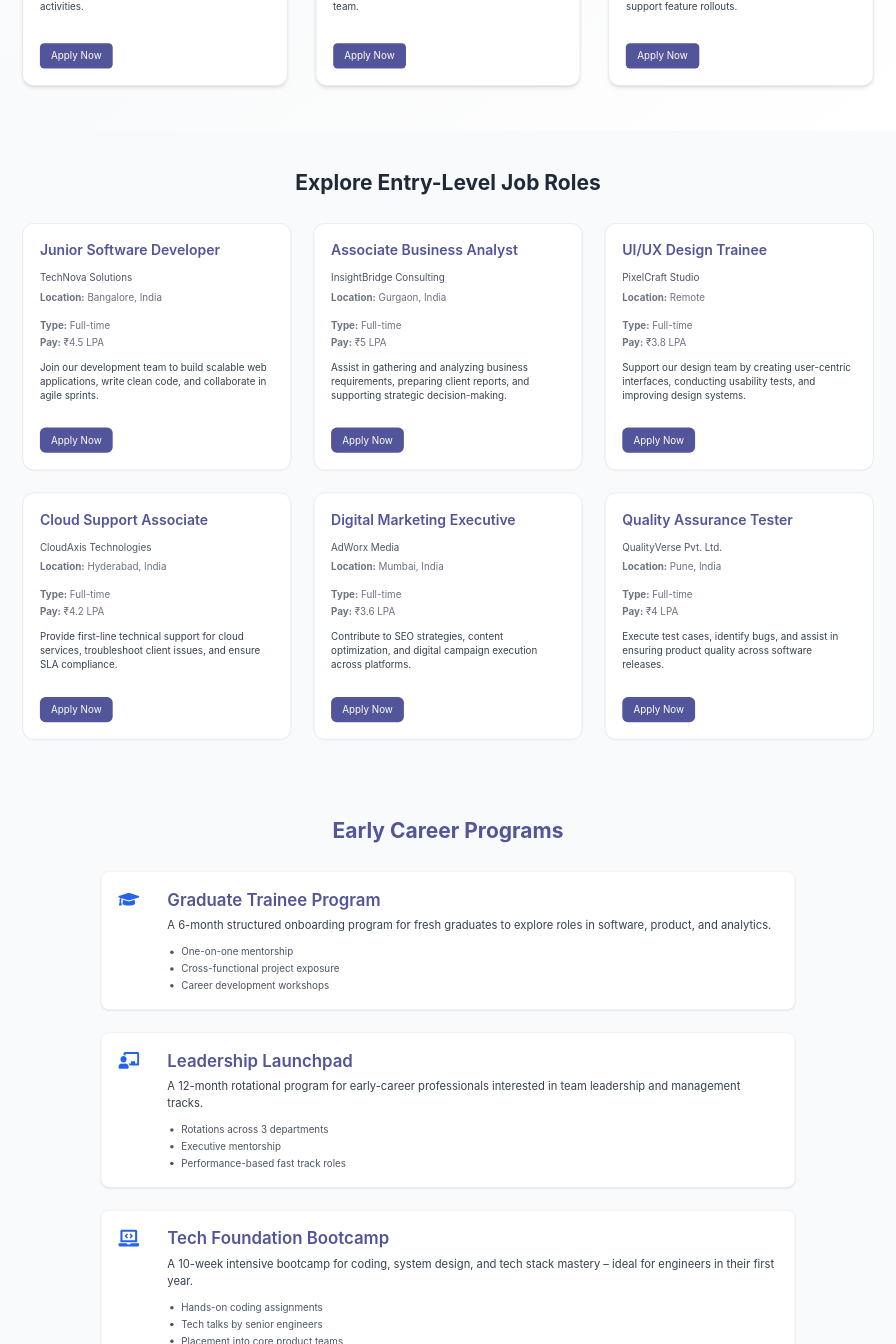
Repository: Siddharthkothiyal/GharPadhaaroCareerWebsite
Page: /#/students
The author's editor kept a copy of each file at every save. The page is drawn from the files as they stood at one save, then again after the next save.
The browser window is 1280 px wide. The pictures show the part of the page from y = 974 to 2894 px (the page is 6435 px tall before and 6481 px after), at 70% of full size.
The project was rebuilt for these pictures with package versions that can differ from the ones it lists, and the page was loaded fresh each time. Also part of the build but not shown: src/components/CareerPortal/JobListing/JobListings.css, src/components/CareerPortal/JobListing/JobListings.js, src/components/CareerPortal/Header.css, src/components/CareerPortal/ResumeUpload.css, src/components/CareerPortal/ResumeUpload.js, src/components/CareerPortal/Header.js, src/components/CareerPortal/JobListing/JobSearch.css, src/components/CareerPortal/JobListing/JobSearch.js and 10 more.

Above is the page before, as saved 2025-06-21 22:36:03.

After the next save:
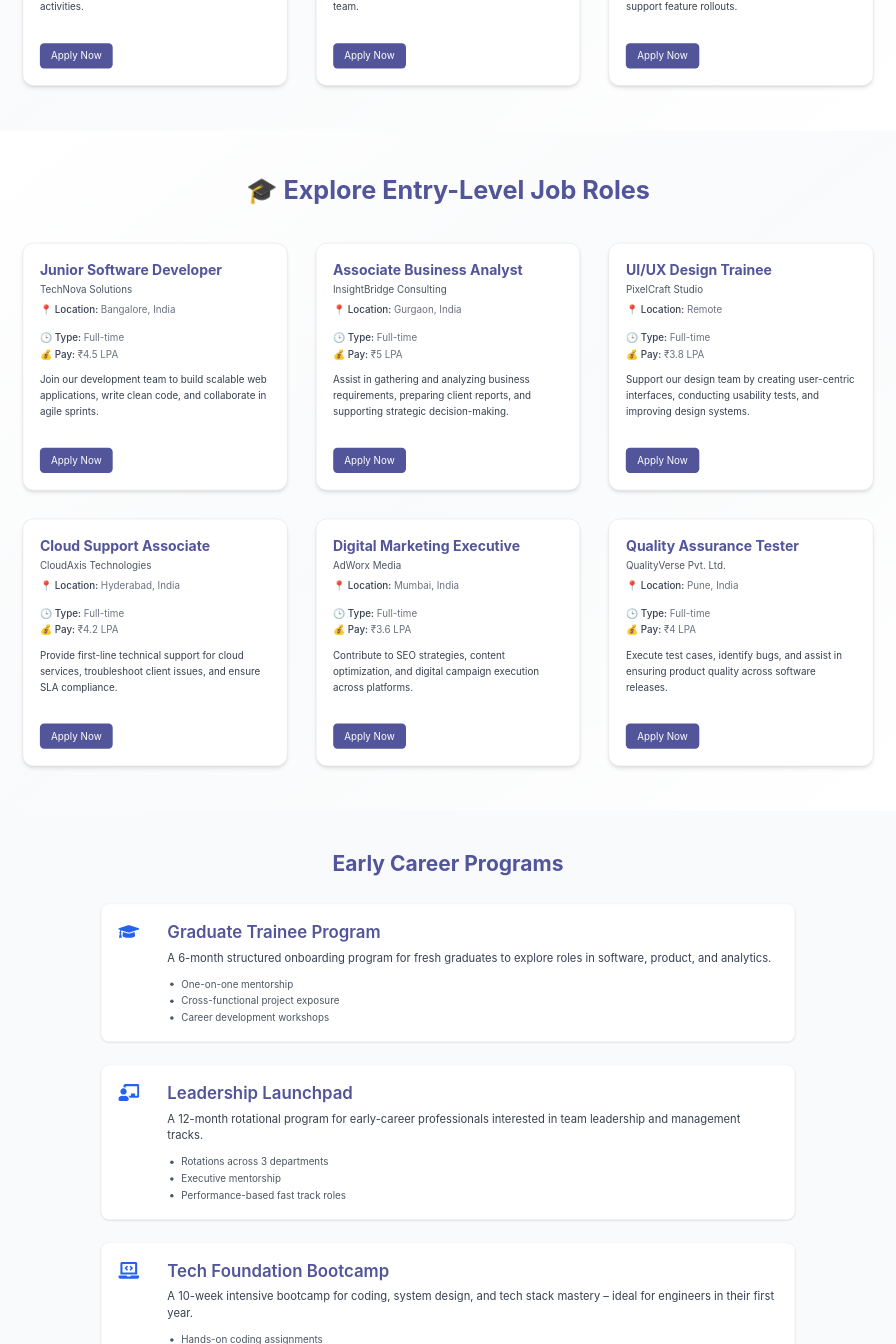
Saved 63 s later.
--- a/src/components/CareerPortal/StudentsPage/sections/FreshersJob.js
+++ b/src/components/CareerPortal/StudentsPage/sections/FreshersJob.js
@@ -65,30 +65,30 @@ const freshersJobs = [
 
 const FreshersJob = () => {
   return (
-    <section id="fresher-jobs" className="py-14 bg-gray-50">
+    <section id="fresher-jobs" className="py-16 bg-gradient-to-br from-white via-gray-50 to-white">
       <div className="max-w-7xl mx-auto px-4 sm:px-6 lg:px-8">
-        <h2 className="text-3xl font-bold text-center text-gray-800 mb-10">
-          Explore Entry-Level Job Roles
+        <h2 className="text-4xl font-bold text-center text-[#525599] mb-14">
+          🎓 Explore Entry-Level Job Roles
         </h2>
 
-        <div className="grid gap-8 sm:grid-cols-2 lg:grid-cols-3">
+        <div className="grid gap-10 sm:grid-cols-2 lg:grid-cols-3">
           {freshersJobs.map((job) => (
             <div
               key={job.id}
-              className="bg-white rounded-2xl border border-gray-200 shadow-sm hover:shadow-md transition-shadow p-6"
+              className="bg-white rounded-2xl border border-gray-200 shadow-md hover:shadow-lg transition-shadow p-6"
             >
-              <h3 className="text-xl font-semibold text-[#525599]">{job.title}</h3>
+              <h3 className="text-xl font-bold text-[#525599] mb-1">{job.title}</h3>
               <p className="text-sm text-gray-600 mb-2">{job.company}</p>
 
               <div className="text-sm text-gray-500 space-y-1 mb-4">
-                <p><strong>Location:</strong> {job.location}</p>
-                <p><strong>Type:</strong> {job.type}</p>
-                <p><strong>Pay:</strong> {job.pay}</p>
+                <p><span className="font-medium text-gray-700">📍 Location:</span> {job.location}</p>
+                <p><span className="font-medium text-gray-700">🕒 Type:</span> {job.type}</p>
+                <p><span className="font-medium text-gray-700">💰 Pay:</span> {job.pay}</p>
               </div>
 
-              <p className="text-gray-700 text-sm">{job.description}</p>
+              <p className="text-gray-700 text-sm leading-relaxed">{job.description}</p>
 
-              <button className="mt-4 inline-block px-4 py-2 bg-[#525599] text-white text-sm rounded-lg hover:bg-blue-700 transition-colors">
+              <button className="mt-5 inline-block px-4 py-2 bg-[#525599] text-white text-sm rounded-md hover:bg-[#41447d] transition-colors">
                 Apply Now
               </button>
             </div>
